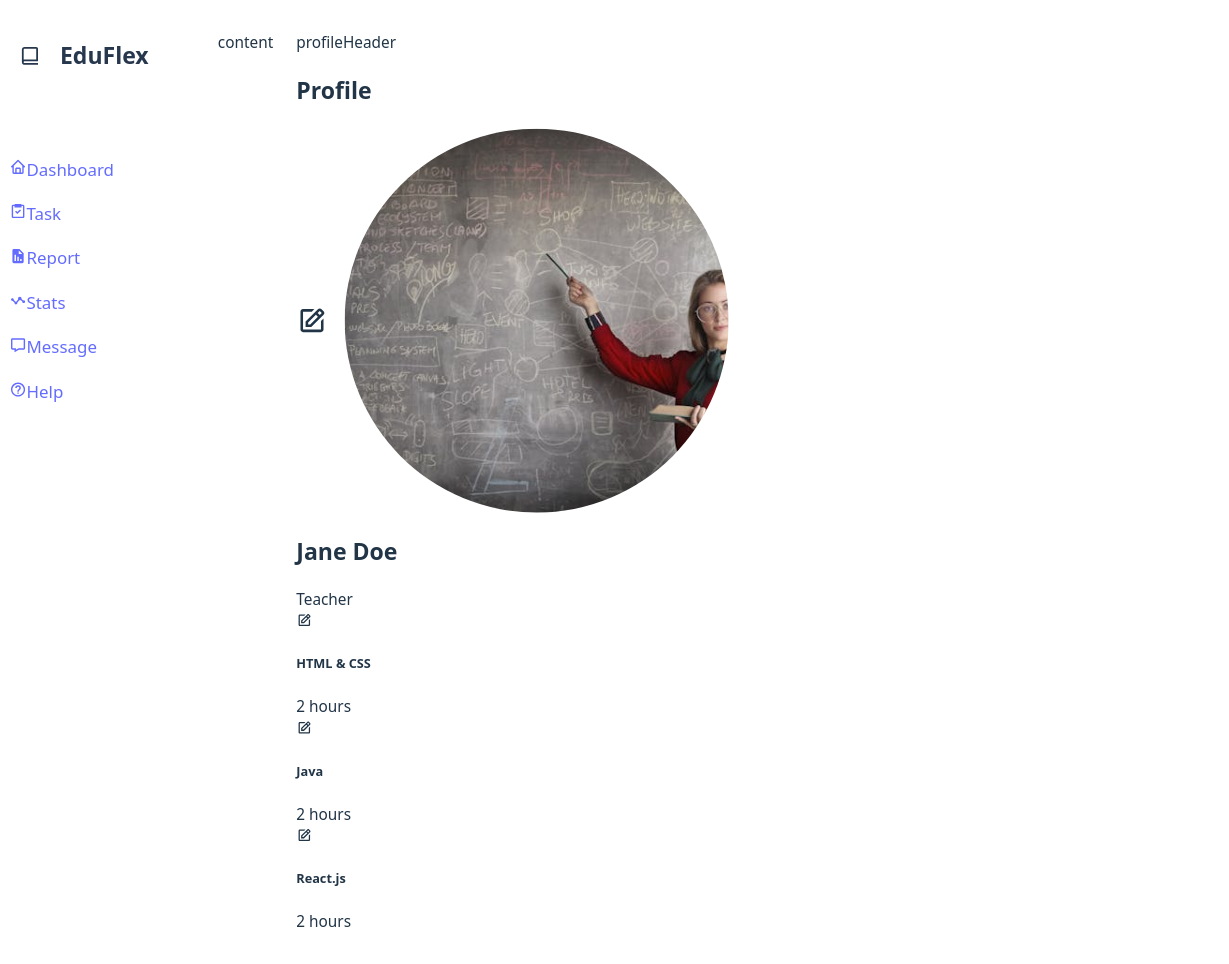
Repository: gogg23/react-dash
Page: /
These files come from the project's save history. The page is drawn as it stood at one moment and after the next save; the edit follows.
The browser window is 1280 px wide. The pictures show the whole page, at 96% of full size.
The project was rebuilt for these pictures with package versions that can differ from the ones it lists, and the page was loaded fresh each time. Also part of the build but not shown: vite.config.js.

Above is the page before, as saved 2025-04-09 18:06:56.

After the next save:
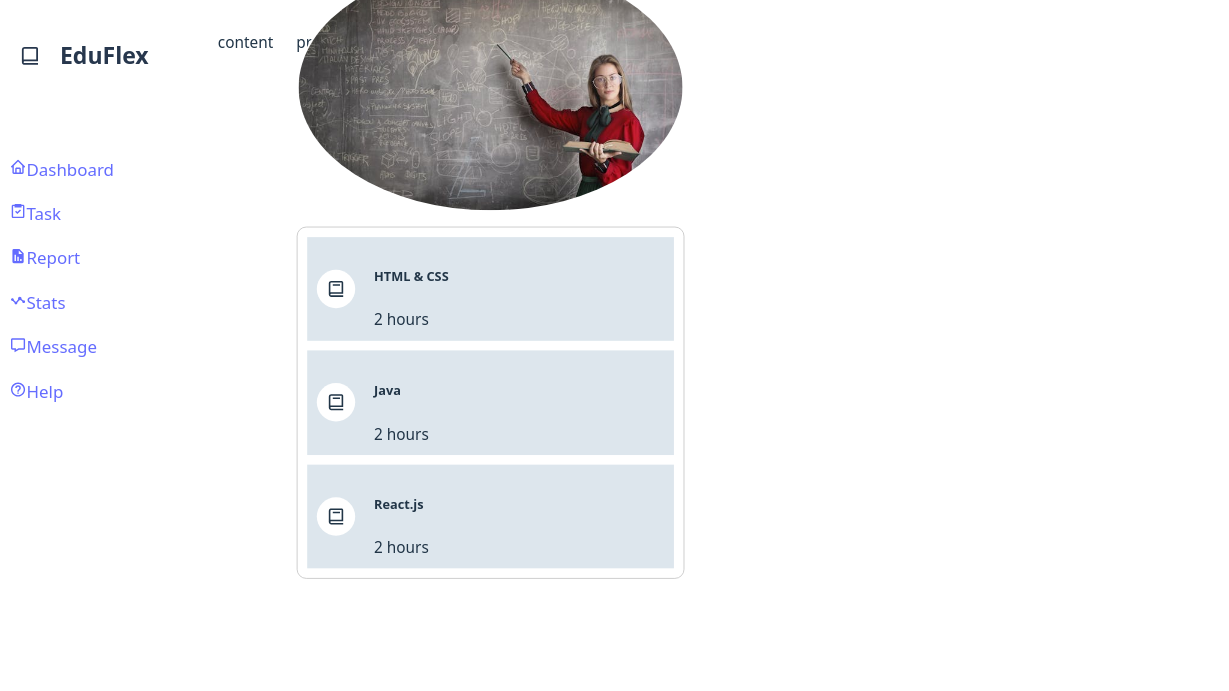
Saved 17 s later.
--- a/src/components/Profile.jsx
+++ b/src/components/Profile.jsx
@@ -1,24 +1,24 @@
 import React from 'react';
-import { BiEdit } from 'react-icons/bi';
+import { BiEdit, BiBook } from 'react-icons/bi';
 import ProfileHeader from './ProfileHeader';
-import '../styles/profileHeader.css';
+import '../styles/Profile.css';
 import Image1 from '../assets/images/Image1.jpg';
 
 const courses = [
   {
     title: 'HTML & CSS',
     duration: '2 hours',
-    icon: <BiEdit />,
+    icon: <BiBook />,
   },
   {
     title: 'Java',
     duration: '2 hours',
-    icon: <BiEdit />,
+    icon: <BiBook />,
   },
   {
     title: 'React.js',
     duration: '2 hours',
-    icon: <BiEdit />,
+    icon: <BiBook />,
   },
 ];
 
@@ -26,35 +26,28 @@ const Profile = () => {
   return (
     <div className='profile'>
       <ProfileHeader />
-
-      {/* "Profile" heading on top */}
-      <h2 className='profile--header'>Profile</h2>
-
       <div className='user--detail'>
-        {/* Icon on the left of profile picture */}
-        <div style={{ display: 'flex', alignItems: 'center', gap: '1rem' }}>
-          <BiEdit size={32} />
-          <img
-            src={Image1}
-            alt='Profile'
-            style={{
-              width: '400px',
-              height: '400px',
-              borderRadius: '50%',
-              border: '2px solid #fff',
-              objectFit: 'cover',
-            }}
-          />
-        </div>
-
+        <img
+          src={Image1}
+          alt='Profile'
+          style={{
+            width: '400px',
+            height: '400px',
+            borderRadius: '50%',
+            border: '2px solid #fff',
+            objectFit: 'cover',
+          }}
+        />
         <h2 className='user--name'>Jane Doe</h2>
         <span className='profession'>Teacher</span>
       </div>
 
-      <div className='user-courses'>
+      <div className='user--courses'>
+        {' '}
+        {/* ✅ FIXED class name */}
         {courses.map((course, index) => (
           <div className='course' key={index}>
-            <div className='course-details'>
+            <div className='course-detail'>
               <div className='course-cover'>{course.icon}</div>
               <div className='course-name'>
                 <h5 className='title'>{course.title}</h5>
